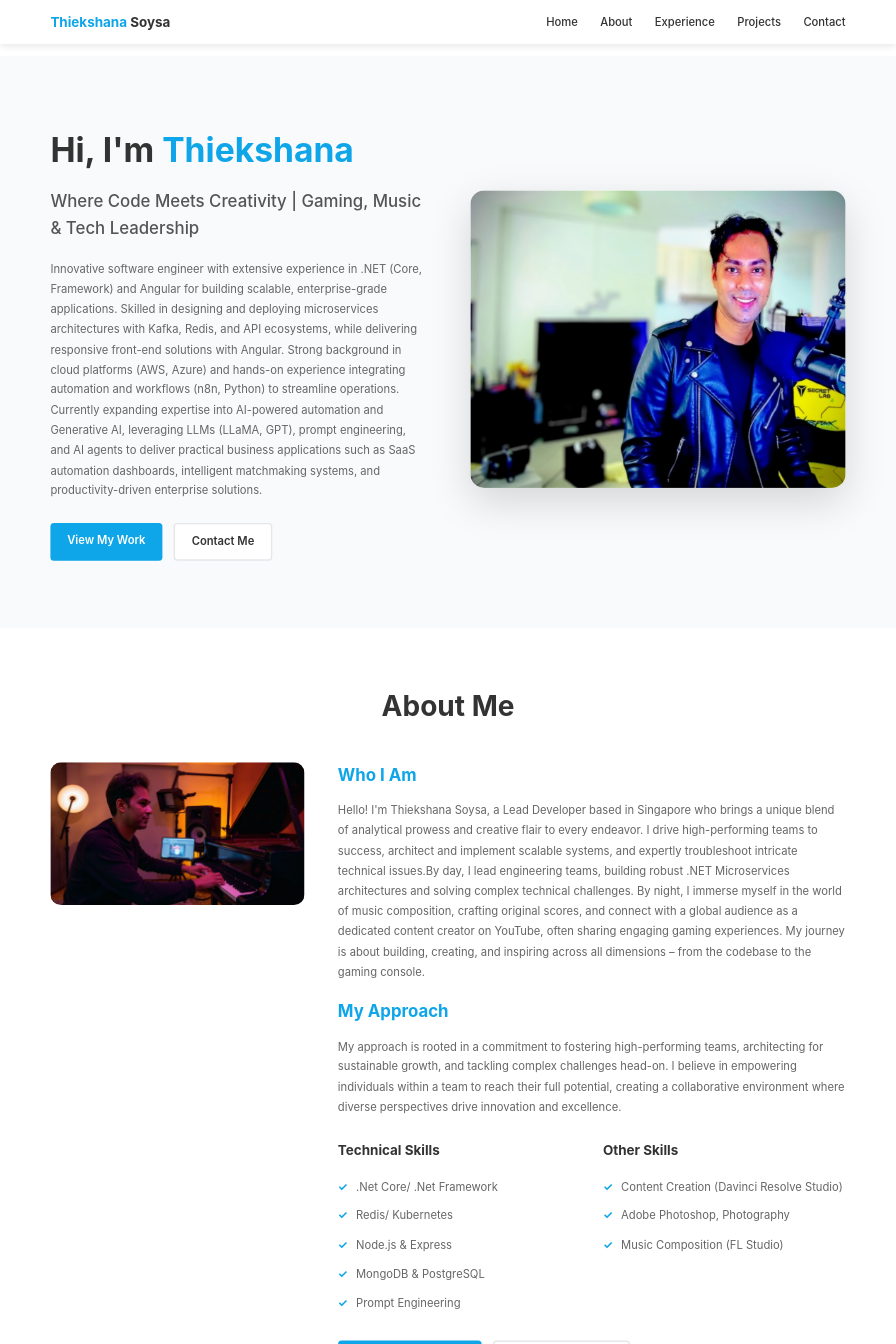
Repository: ademi47/Thiek
Page: index.html
An editor plug-in stored every save of this project. The page is shown before and after the next save, followed by the edit.
The browser window is 1280 px wide. The pictures show the part of the page from y = 0 to 1920 px (the page is 6889 px tall before and 8141 px after), at 70% of full size.

Above is the page before, as saved 2025-10-27 16:24:13.

After the next save:
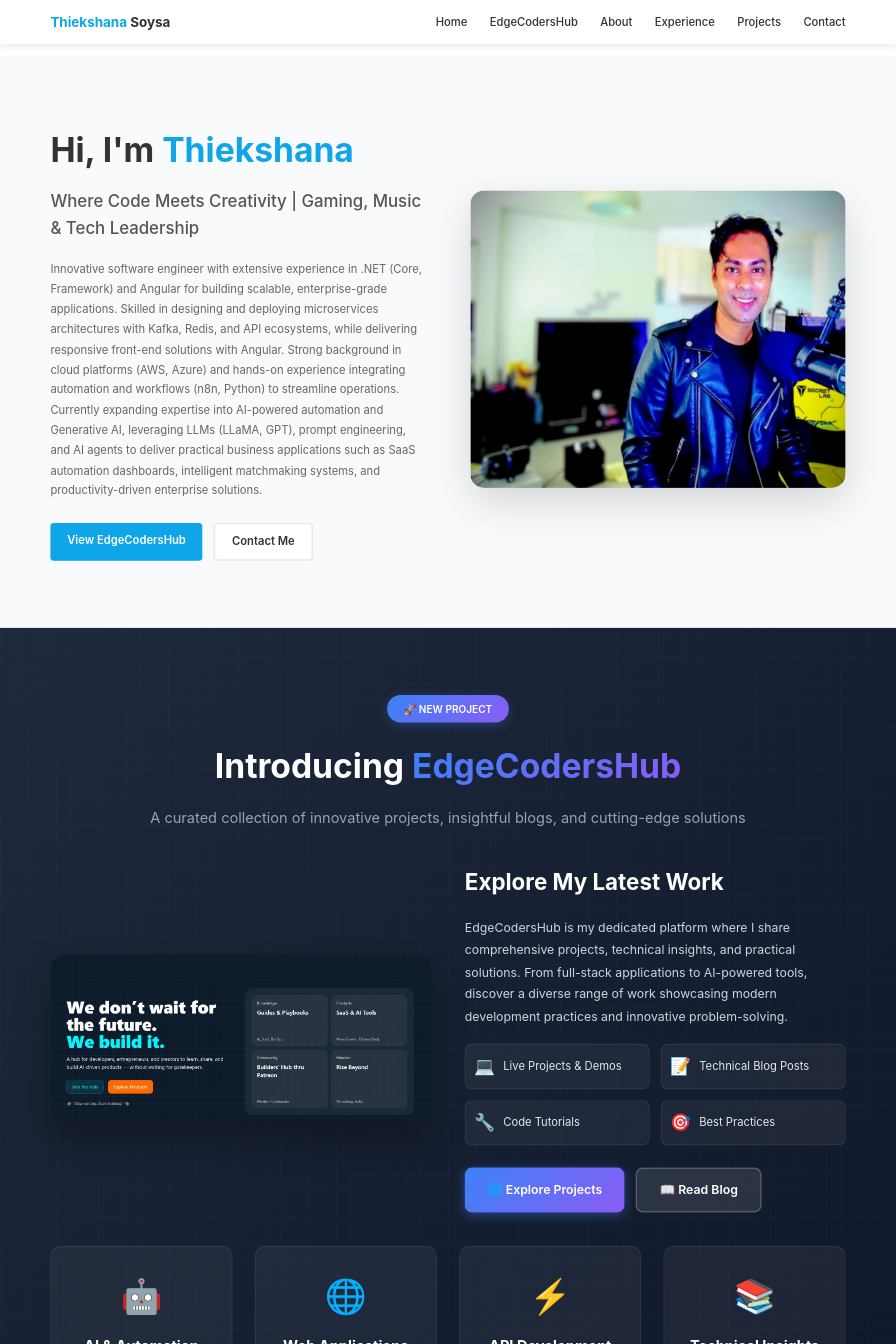
Saved 79 s later.
--- a/index.html
+++ b/index.html
@@ -5,6 +5,7 @@
     <meta name="viewport" content="width=device-width, initial-scale=1.0">
     <title>Thiekshana Soysa - Portfolio</title>
     <link rel="stylesheet" href="css/style.css">
+    <link rel="stylesheet" href="css/edgecodershub-section.css">
 </head>
 <body>
     <!-- Navigation -->
@@ -13,6 +14,7 @@
             <div class="logo"><span>Thiekshana</span> Soysa</div>
             <ul class="nav-links">
                 <li><a href="#home">Home</a></li>
+                <li><a href="#edgecodershub">EdgeCodersHub</a></li>
                 <li><a href="#about">About</a></li>
                 <li><a href="#experience">Experience</a></li>
                 <li><a href="#projects">Projects</a></li>
@@ -29,12 +31,94 @@
                 <h2>Where Code Meets Creativity | Gaming, Music & Tech Leadership</h2>
                 <p>Innovative software engineer with extensive experience in .NET (Core, Framework) and Angular for building scalable, enterprise-grade applications. Skilled in designing and deploying microservices architectures with Kafka, Redis, and API ecosystems, while delivering responsive front-end solutions with Angular. Strong background in cloud platforms (AWS, Azure) and hands-on experience integrating automation and workflows (n8n, Python) to streamline operations. Currently expanding expertise into AI-powered automation and Generative AI, leveraging LLMs (LLaMA, GPT), prompt engineering, and AI agents to deliver practical business applications such as SaaS automation dashboards, intelligent matchmaking systems, and productivity-driven enterprise solutions.</p>
                 <div class="hero-buttons">
-                    <a href="#projects" class="btn btn-primary">View My Work</a>
+                    <a href="#edgecodershub" class="btn btn-primary">View EdgeCodersHub</a>
                     <a href="#contact" class="btn btn-secondary">Contact Me</a>
                 </div>
             </div>
             <div class="hero-image">
                 <img src="images/profile.jpg" alt="Thiekshana Soysa">
+            </div>
+        </div>
+    </section>
+
+    <!-- EdgeCodersHub Showcase Section -->
+    <section id="edgecodershub" class="edgecodershub-showcase">
+        <div class="edgecodershub-container">
+            <div style="text-align: center;">
+                <span class="edgecodershub-badge">🚀 NEW PROJECT</span>
+            </div>
+
+            <h2>Introducing <span class="highlight">EdgeCodersHub</span></h2>
+            <p class="edgecodershub-subtitle">
+                A curated collection of innovative projects, insightful blogs, and cutting-edge solutions
+            </p>
+
+            <div class="edgecodershub-content">
+                <div class="edgecodershub-image">
+                    <img src="images/edgecodershub-preview.jpg" alt="EdgeCodersHub Platform">
+                </div>
+
+                <div class="edgecodershub-details">
+                    <h3>Explore My Latest Work</h3>
+                    <p>
+                        EdgeCodersHub is my dedicated platform where I share comprehensive projects,
+                        technical insights, and practical solutions. From full-stack applications to
+                        AI-powered tools, discover a diverse range of work showcasing modern development
+                        practices and innovative problem-solving.
+                    </p>
+
+                    <div class="edgecodershub-features">
+                        <div class="feature-item">
+                            <span class="feature-icon">💻</span>
+                            <span>Live Projects & Demos</span>
+                        </div>
+                        <div class="feature-item">
+                            <span class="feature-icon">📝</span>
+                            <span>Technical Blog Posts</span>
+                        </div>
+                        <div class="feature-item">
+                            <span class="feature-icon">🔧</span>
+                            <span>Code Tutorials</span>
+                        </div>
+                        <div class="feature-item">
+                            <span class="feature-icon">🎯</span>
+                            <span>Best Practices</span>
+                        </div>
+                    </div>
+
+                    <div class="edgecodershub-cta">
+                        <a href="https://edgecodershub.com" target="_blank" class="btn-explore">
+                            🌐 Explore Projects
+                        </a>
+                        <a href="https://edgecodershub.com/blog" target="_blank" class="btn-blog">
+                            📖 Read Blog
+                        </a>
+                    </div>
+                </div>
+            </div>
+
+            <!-- Project Categories -->
+            <div class="project-categories">
+                <div class="category-card">
+                    <div class="category-icon">🤖</div>
+                    <h4>AI & Automation</h4>
+                    <p>Intelligent solutions powered by modern AI technologies</p>
+                </div>
+                <div class="category-card">
+                    <div class="category-icon">🌐</div>
+                    <h4>Web Applications</h4>
+                    <p>Full-stack projects with modern frameworks</p>
+                </div>
+                <div class="category-card">
+                    <div class="category-icon">⚡</div>
+                    <h4>API Development</h4>
+                    <p>Scalable backend services and microservices</p>
+                </div>
+                <div class="category-card">
+                    <div class="category-icon">📚</div>
+                    <h4>Technical Insights</h4>
+                    <p>Deep dives into architecture and best practices</p>
+                </div>
             </div>
         </div>
     </section>
